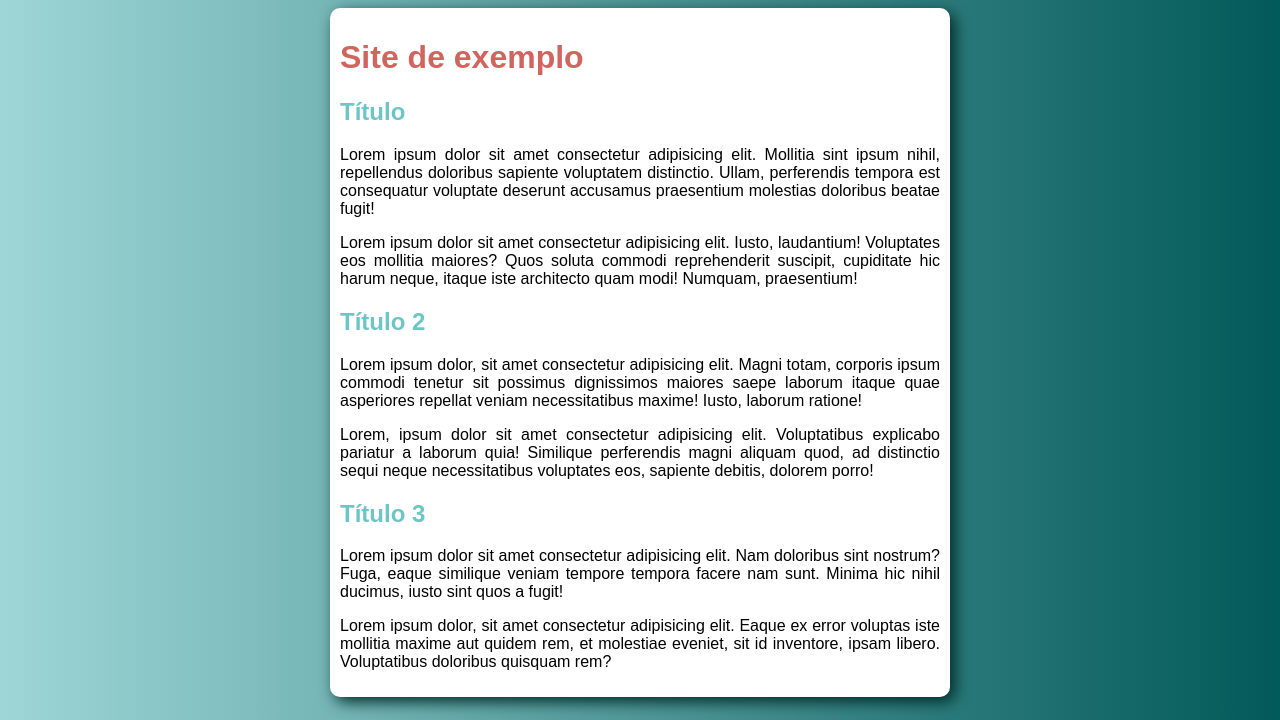
Repository: pheonix5/Estudo
Page: html-css/exercicios/ex016/cor03.html
These files come from the project's save history. The page is drawn as it stood at one moment and after the next save; the edit follows.
The browser window is 1280 px wide. The pictures show the whole page.

Above is the page before, as saved 2023-08-10 21:54:26.

After the next save:
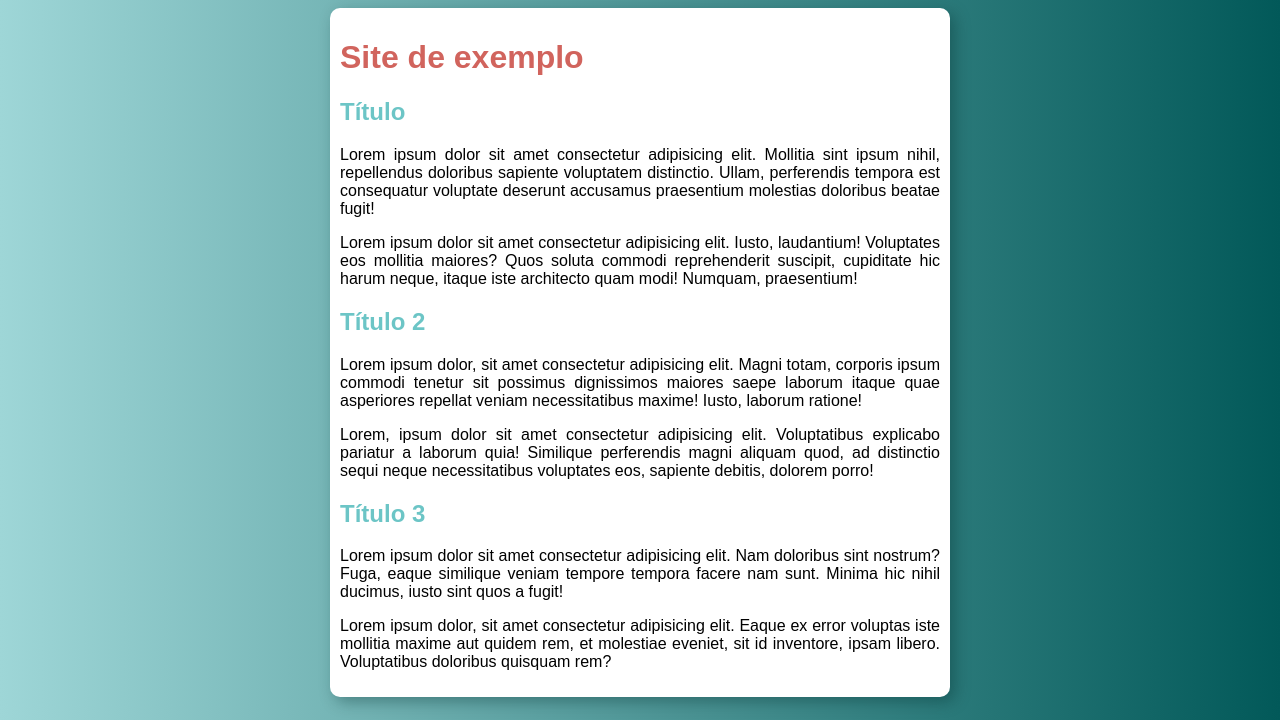
Saved 11 s later.
--- a/html-css/exercicios/ex016/style.css
+++ b/html-css/exercicios/ex016/style.css
@@ -12,7 +12,7 @@ body{
 main{
   background-color: #FFF;
   border-radius: 10px;
-  box-shadow: 5px 5px 15px #012b2b;
+  box-shadow: 5px 5px 15px rgba(1, 43, 43, 0.363);
   width: 600px;
   padding: 10px;
   margin: auto;
